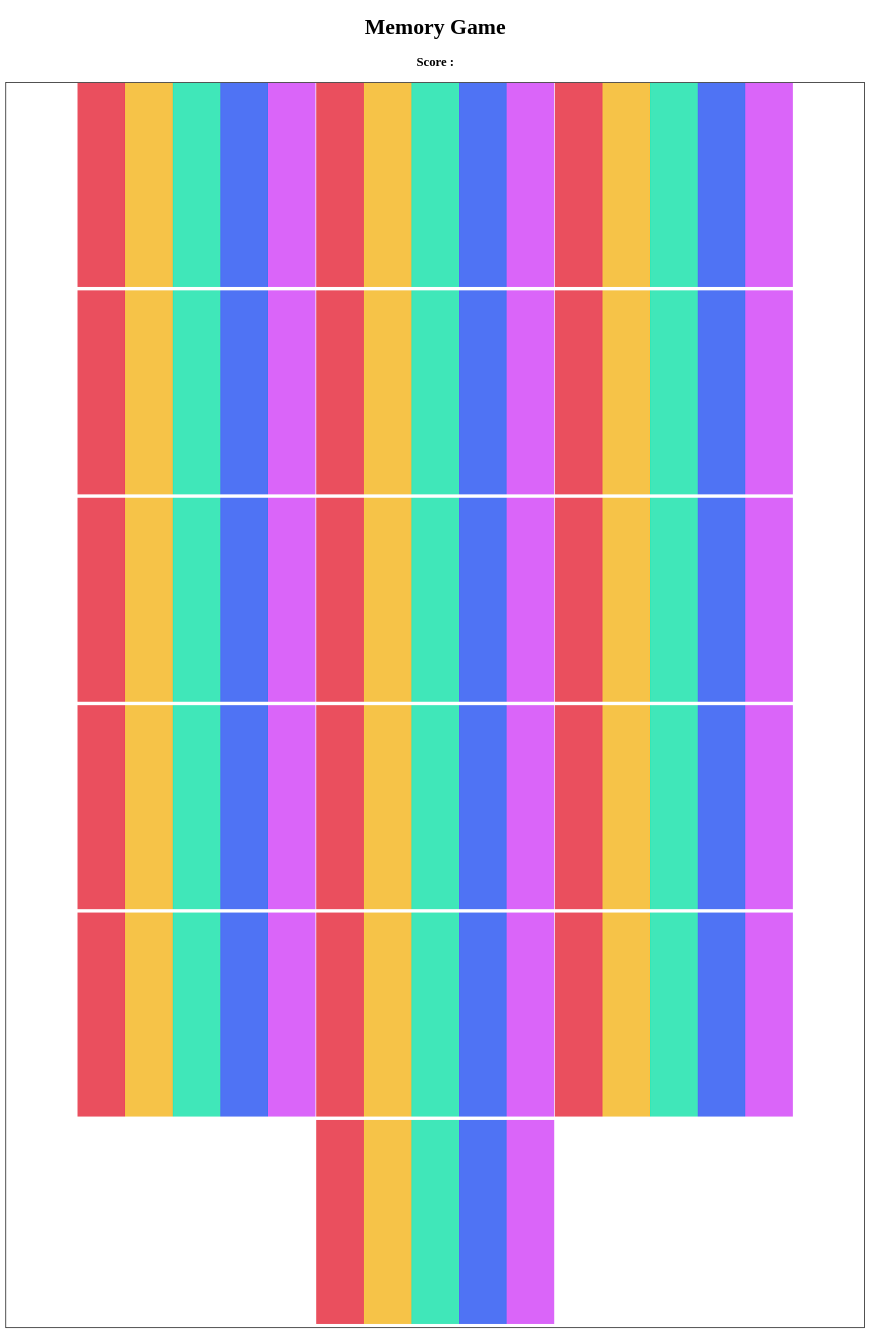
Repository: divyaravada/javascript-games
Page: memory-game/memorygame.html
These files come from the project's save history. The page is drawn as it stood at one moment and after the next save; the edit follows.
The browser window is 1280 px wide. The pictures show the whole page, at 68% of full size.

Above is the page before, as saved 2022-03-15 16:51:05.

After the next save:
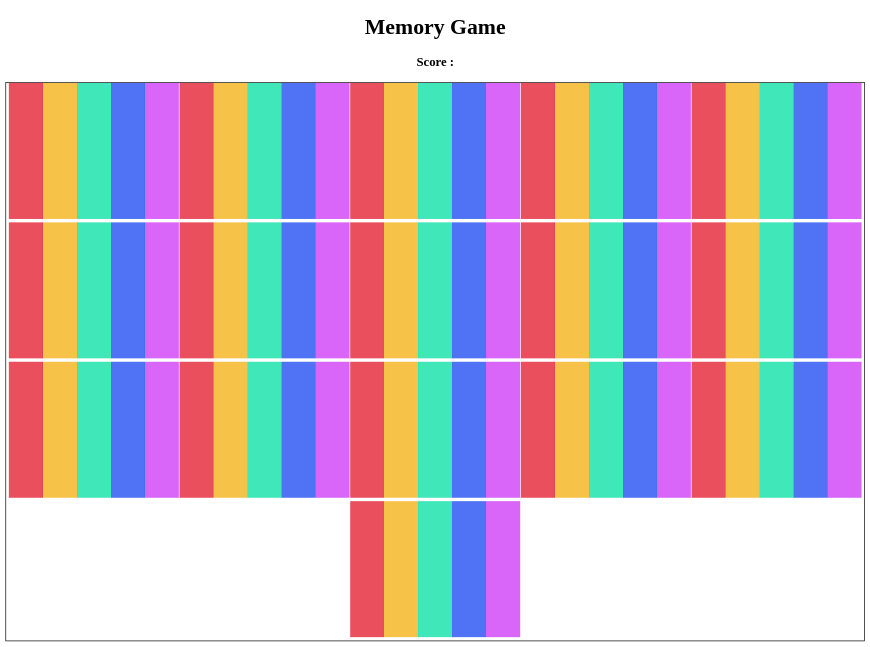
Saved 12 s later.
--- a/memory-game/memorystyle.css
+++ b/memory-game/memorystyle.css
@@ -9,7 +9,7 @@
   border: 1px solid black;
 }
 #grid img {
-  width: 350px;
-  height: 300px;
+  width: 250px;
+  height: 200px;
   padding: 0.5px;
 }
